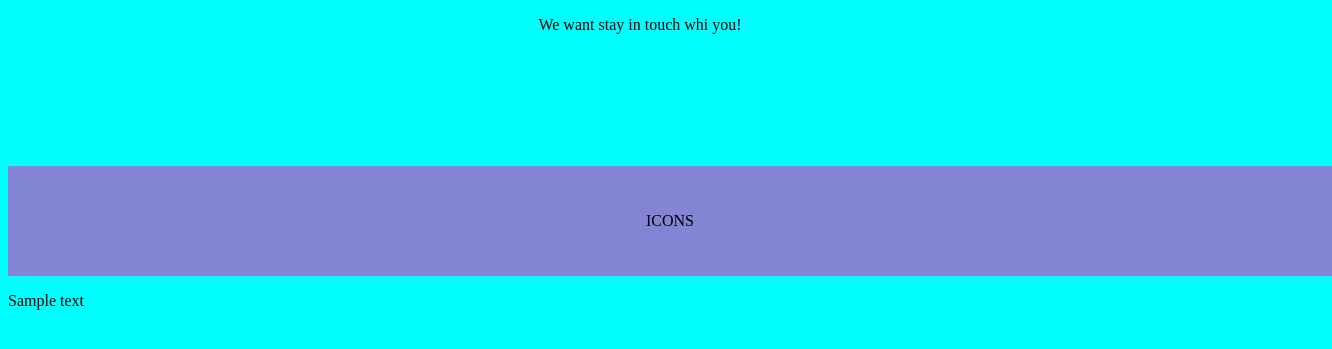
Repository: JhonMercedes/profile
Page: index.html
These files come from the project's save history. The page is drawn as it stood at one moment and after the next save; the edit follows.
The browser window is 1280 px wide. The page is 1332 px wide, so the pictures cover 1332 px, including what lies to the right of the window. The pictures show the whole page.

Above is the page before, as saved 2021-12-08 02:05:53.

After the next save:
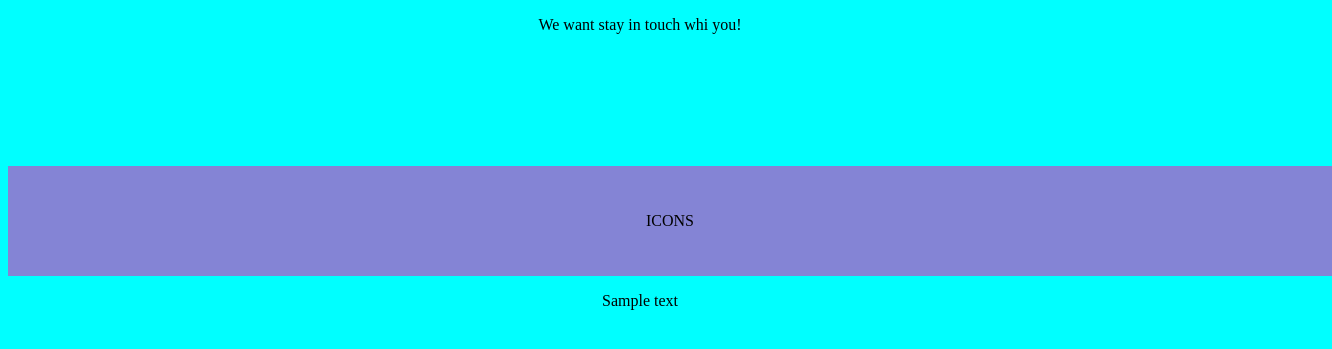
Saved 13 s later.
--- a/style.css
+++ b/style.css
@@ -14,3 +14,7 @@
     padding: 30px;
     text-align: center;
 }
+
+.container3 {
+    text-align: center;
+}
